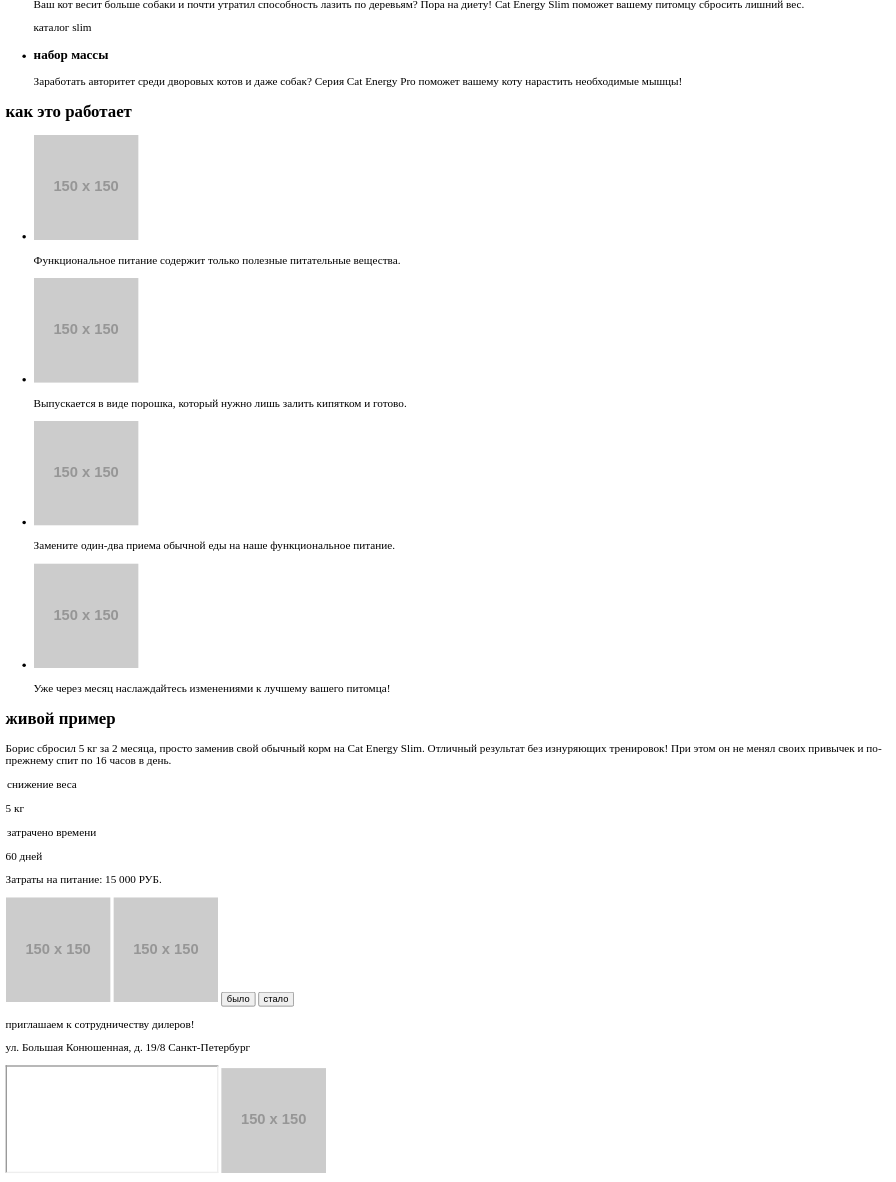
Repository: svetlana2885/1411135-cat-energy-20
Page: source/index.html
The author's editor kept a copy of each file at every save. The page is drawn from the files as they stood at one save, then again after the next save.
The browser window is 1280 px wide. The pictures show the part of the page from y = 687 to 2607 px (the page is 2375 px tall before and 2607 px after), at 70% of full size.
Pictures or frames that could not be fetched are drawn as grey boxes.

Above is the page before, as saved 2020-07-18 23:25:25.

After the next save:
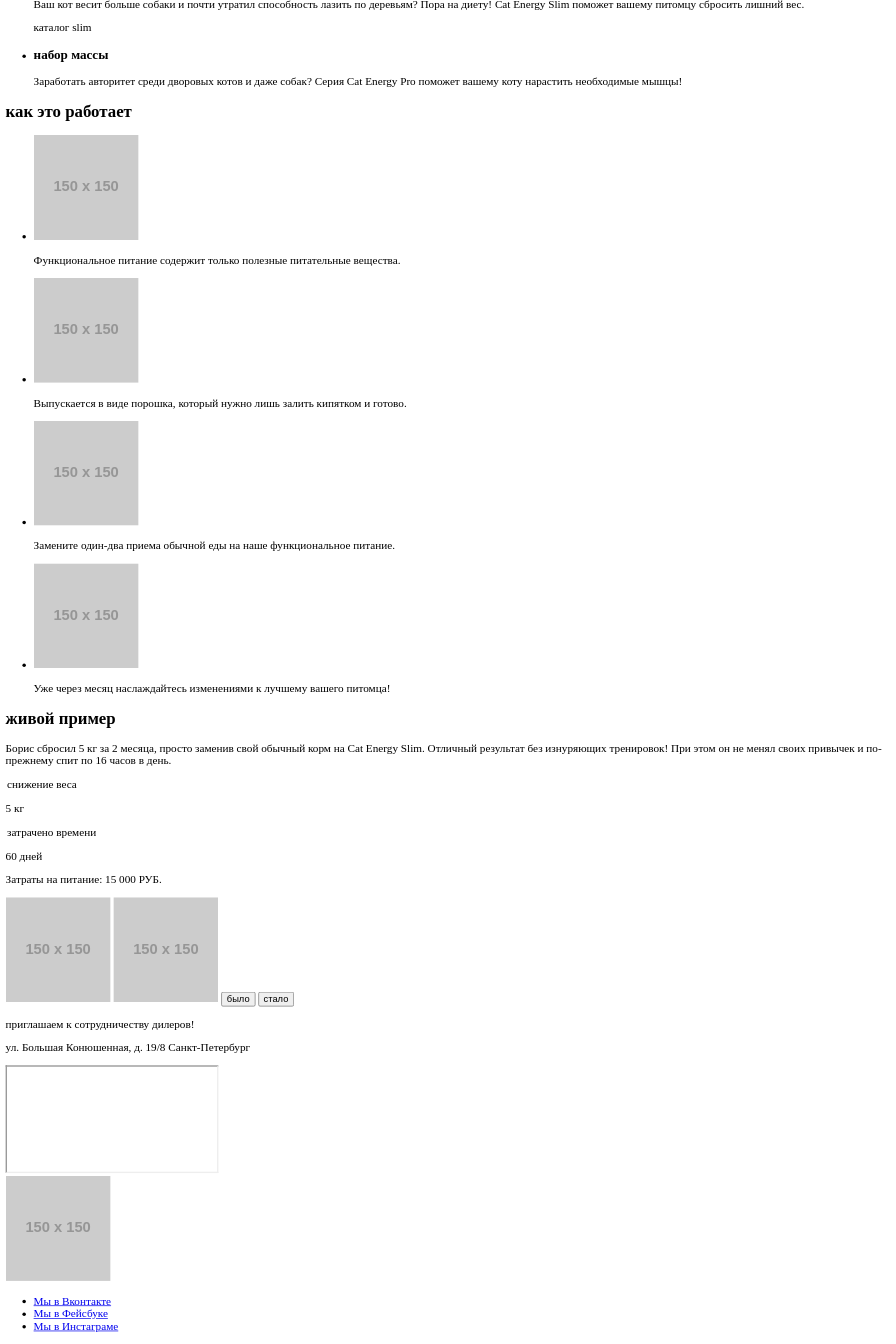
Saved 19 h 43 min later.
--- a/source/index.html
+++ b/source/index.html
@@ -112,9 +112,31 @@
             allowfullscreen
             title="Офис компании по адресу ул. Большая Конюшенная 19/8, Санкт-Петербург"
           ></iframe>
+        </div>
+        <div class="page-footer__social">
           <img class="img__logo" src="rc=https://via.placeholder.com/150x150" />
+          <ul class="social__list">
+            <li class="social__item">
+              <a class="social__link social__link--vkontakte" href="https://vk.com/htmlacademy"
+                >Мы в Вконтакте</a
+              >
+            </li>
+            <li class="social__item">
+              <a
+                class="social__link social__link--facebook"
+                href="https://www.facebook.com/htmlacademy"
+                >Мы в Фейсбуке</a
+              >
+            </li>
+            <li class="social__item">
+              <a
+                class="social__link social__link--instagram"
+                href="https://www.instagram.com/htmlacademy"
+                >Мы в Инстаграме</a
+              >
+            </li>
+          </ul>
         </div>
-        <div class="page-footer__social"></div>
       </footer>
     </main>
   </body>
